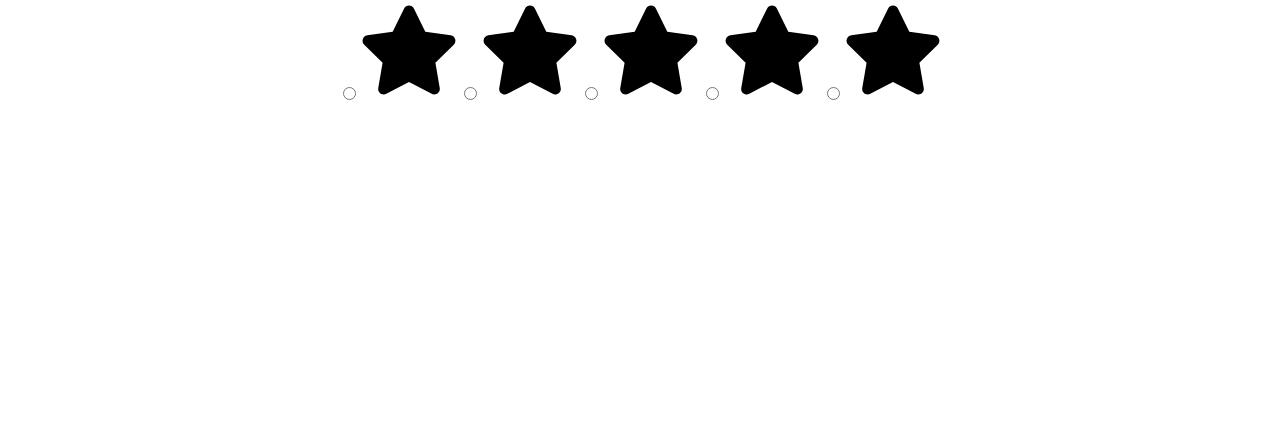
Repository: praveen-javali/star-rating
Page: /
These files come from the project's save history. The page is drawn as it stood at one moment and after the next save; the edit follows.
The browser window is 1280 px wide. The pictures show the whole page.
The project was rebuilt for these pictures with package versions that can differ from the ones it lists, and the page was loaded fresh each time.

Above is the page before, as saved 2022-12-18 16:10:03.

### src/App.js
import "./App.css";
import StarRating from "./components/StarRating.component";

function App() {
  return (
    <div className="App">
      <StarRating />
    </div>
  );
}

export default App;

### src/App.css
.App {
  display: flex;
  justify-content: center;
  align-items: center;
  /* min-height: 100vh; */
}
/* input[type="radio"] {
  display: none;
} */

### src/components/StarRating.component.jsx
import React from "react";
import { FaStar } from "react-icons/fa";

const StarRating = () => {
  return (
    <div>
      {[...Array(5)].map((star, index) => {
        return (
          <>
            <label key={index}>
              <input type="radio" name="rating" />
              <FaStar size={100} />
            </label>
          </>
        );
      })}
    </div>
  );
};

export default StarRating;

Loaded but not shown: public/index.html (common file); src/index.js (common file); src/index.css (common file); src/reportWebVitals.js (common file)

After the next save:
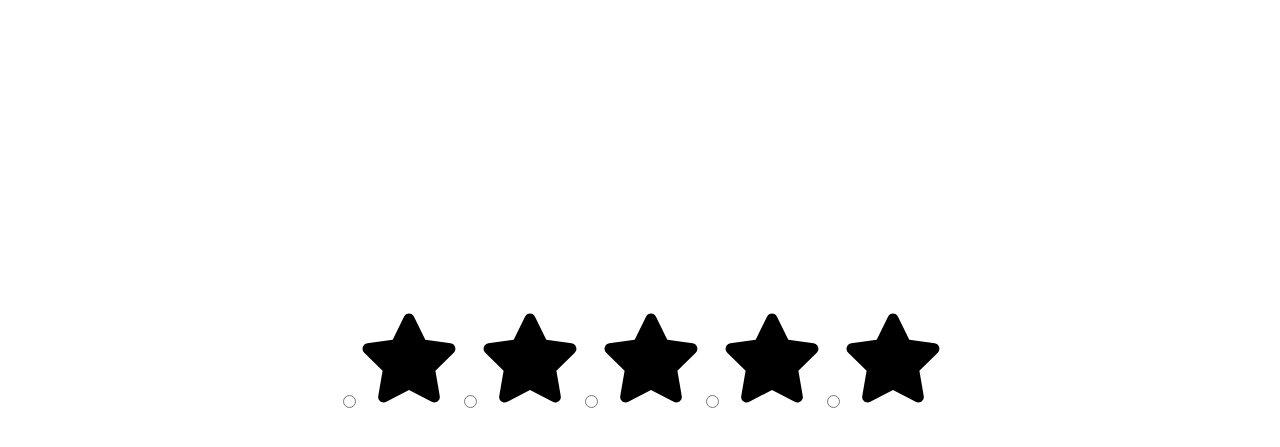
Saved 27 s later.
--- a/src/App.css
+++ b/src/App.css
@@ -2,7 +2,7 @@
   display: flex;
   justify-content: center;
   align-items: center;
-  /* min-height: 100vh; */
+  min-height: 100vh;
 }
 /* input[type="radio"] {
   display: none;
